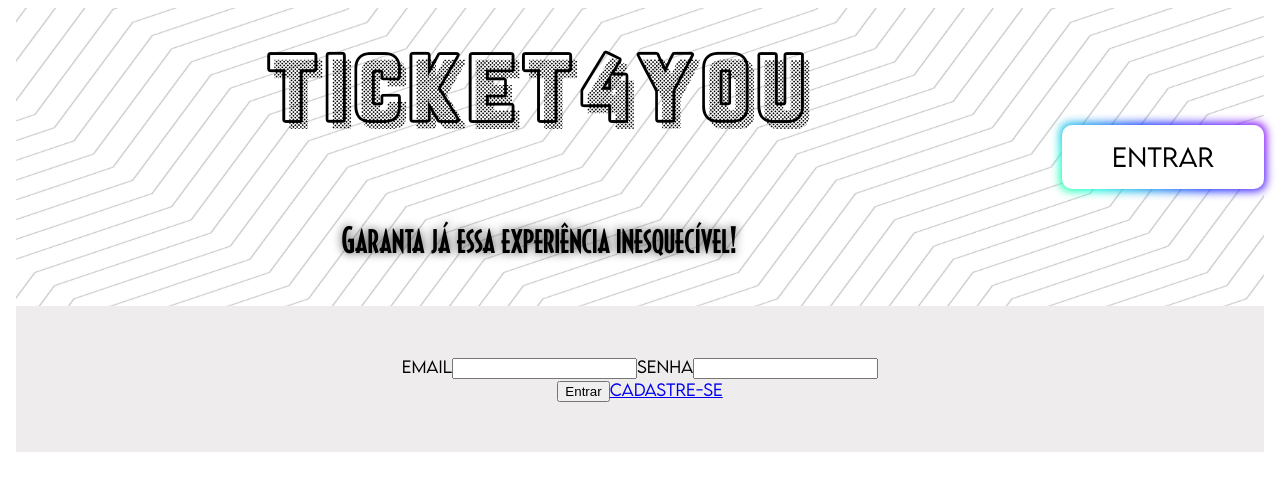
Repository: hellengurgaczz/projeto-DSA
Page: /login
The author's editor kept a copy of each file at every save. The page is drawn from the files as they stood at one save, then again after the next save.
The browser window is 1280 px wide. The pictures show the whole page.
The project was rebuilt for these pictures with package versions that can differ from the ones it lists, and the page was loaded fresh each time. Also part of the build but not shown: angular.json, src/app/ingressos/templates/cadastrar/cadastrar.component.ts, src/app/models/ingresso.model.ts, src/app/services/ingresso.service.ts, src/app/compra/comprar-ingresso/comprar-ingresso.component.ts, src/app/models/compra.model.ts, src/app/services/compra.service.ts, src/app/ingressos/templates/deletar/deletar.component.ts and 3 more.

Above is the page before, as saved 2022-05-10 12:29:46.

After the next save:
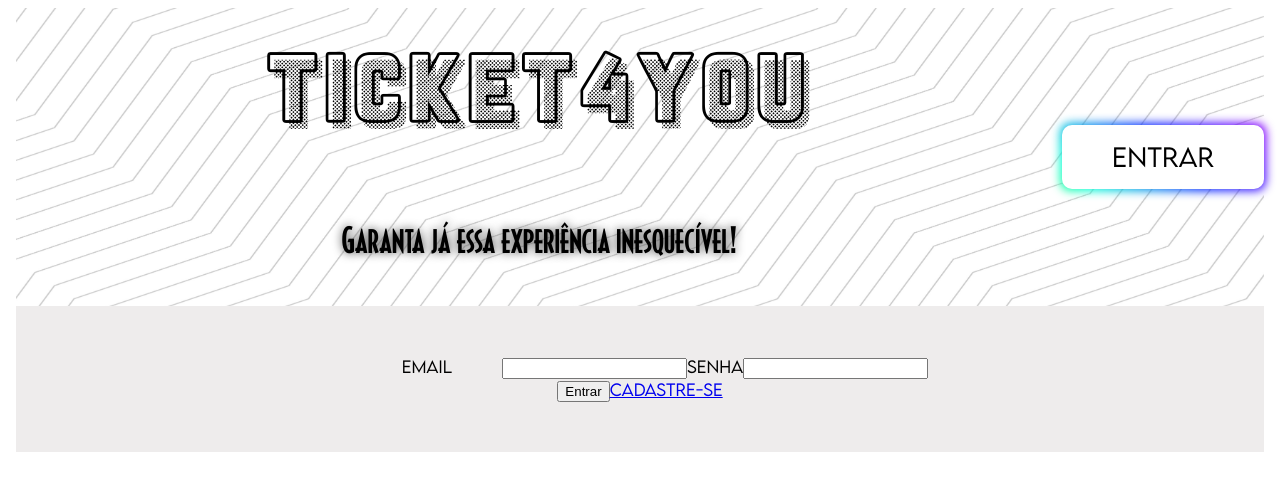
Saved 11 s later.
--- a/src/app/login/login.component.css
+++ b/src/app/login/login.component.css
@@ -4,7 +4,9 @@
   padding: 50px;
 }
 
-
+.email{
+  margin: 50px;
+}
 
 @font-face{
   font-family: LEMONMILKLight;
